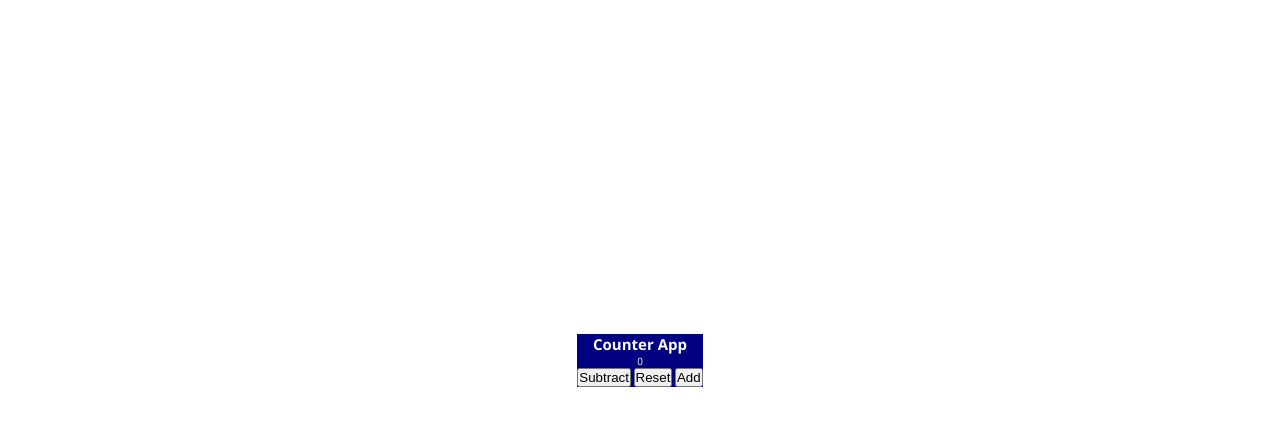
Repository: fakebrianho/100daysJS
Page: day001/index.html
These files come from the project's save history. The page is drawn as it stood at one moment and after the next save; the edit follows.
The browser window is 1280 px wide. The pictures show the whole page.
Some web libraries are served in a nearby version.

Above is the page before, as saved 2023-03-21 15:05:44.

After the next save:
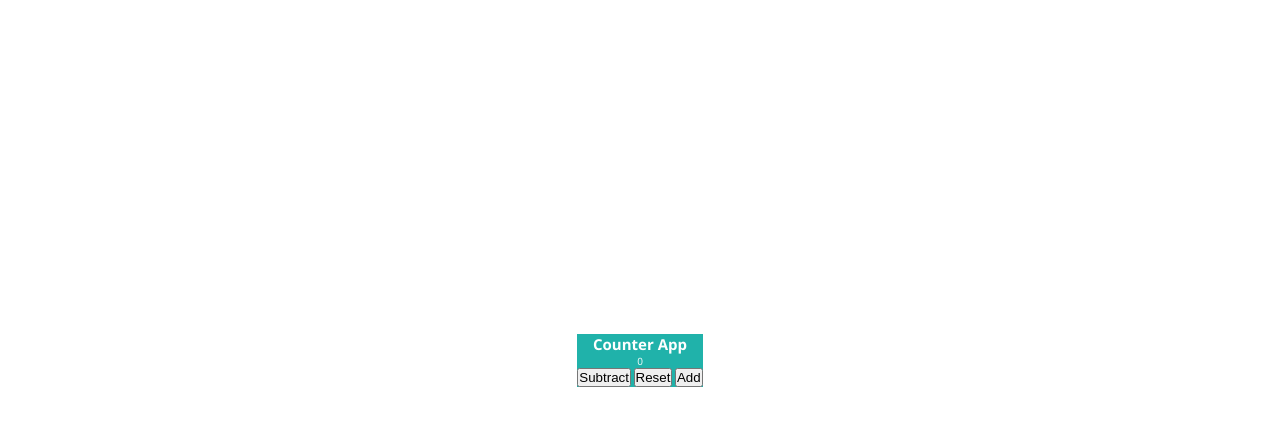
Saved 17 s later.
--- a/day001/styles.css
+++ b/day001/styles.css
@@ -43,7 +43,7 @@ img {
 }
 
 .container {
-	background-color: navy;
+	background-color: lightseagreen;
 	color: white;
 	display: flex;
 	justify-content: center;
